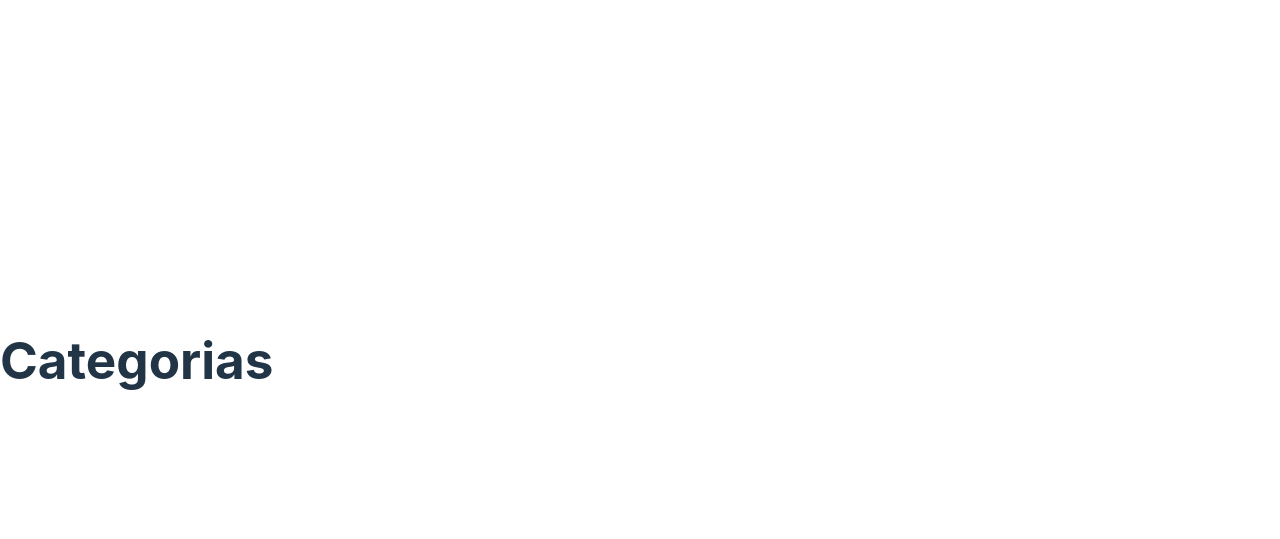
Repository: james-freitas/angelstore-inventory-react-vite
Page: /
An editor plug-in stored every save of this project. The page is shown before and after the next save, followed by the edit.
The browser window is 1280 px wide. The pictures show the whole page.
The project was rebuilt for these pictures with package versions that can differ from the ones it lists, and the page was loaded fresh each time. Also part of the build but not shown: vite.config.ts, src/App.css.

Above is the page before, as saved 2024-01-13 18:44:42.

### src/App.tsx
import './App.css'

function App() {
  return (
    <div className="container">
      <h1>Categorias</h1>
      <div className="card">
        <div className="card-body">

        </div>
      </div>
    </div>
  )
}

export default App

Loaded but not shown: index.html (common file); src/main.tsx (common file); src/index.css (common file)

After the next save:
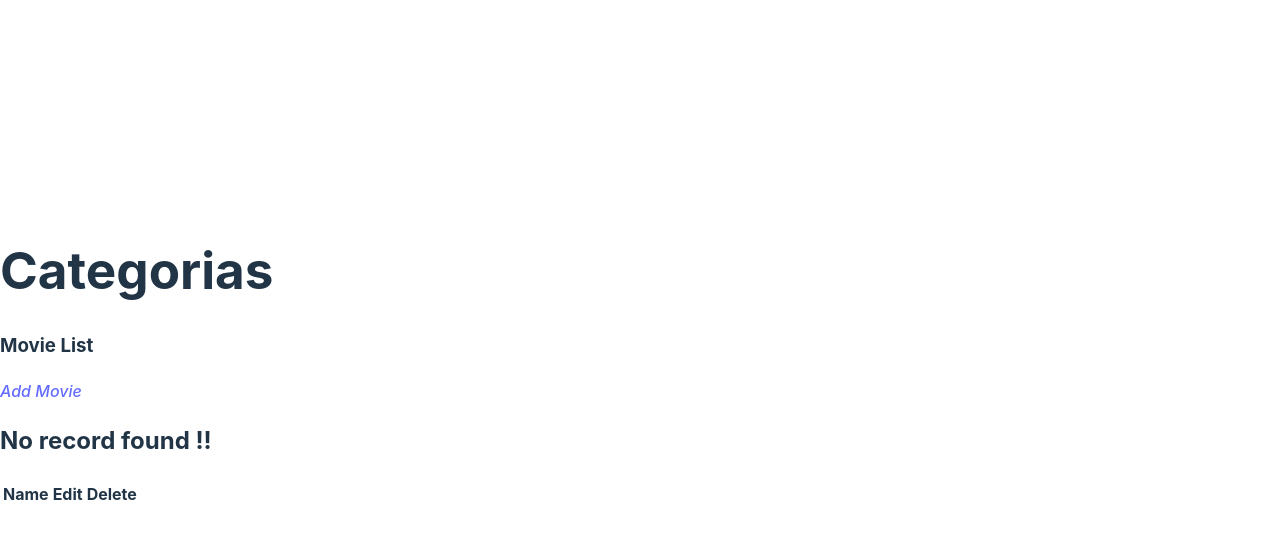
Saved 45 s later.
--- a/src/App.tsx
+++ b/src/App.tsx
@@ -4,11 +4,46 @@ function App() {
   return (
     <div className="container">
       <h1>Categorias</h1>
-      <div className="card">
-        <div className="card-body">
-
+      <div class="container my-2">
+    <h3>Movie List</h3>
+    <div class="card">
+        <div class="card-body">
+            <div th:switch="${movies}" class="container my-5">
+                <p class="my-5">
+                    <a href="/add" class="btn btn-success">
+                        <i class="fas fa-plus ml-2"> Add Movie </i></a>
+                </p>
+                <div class="col-md-10">
+                    <h2 th:case="null">No record found !!</h2>
+                    <div th:case="*">
+                        <table class="table table-striped table-responsive-md">
+                            <thead>
+                            <tr>
+                                <th>Name</th>
+                                <th>Edit</th>
+                                <th>Delete</th>
+                            </tr>
+                            </thead>
+                            <tbody>
+                            <tr th:each="movie : ${movies}">
+                                <td th:text="${movie.name}"></td>
+                                <td><a th:href="@{/edit/{id}(id=${movie.id})}"
+                                       class="btn btn-warning"> <i
+                                        class="fas fa-edit ml-2"></i>
+                                </a></td>
+                                <td><a th:href="@{/delete/{id}(id=${movie.id})}"
+                                       class="btn btn-danger"> <i
+                                        class="fas fa-times ml-2"></i>
+                                </a></td>
+                            </tr>
+                            </tbody>
+                        </table>
+                    </div>
+                </div>
+            </div>
         </div>
-      </div>
+    </div>
+</div>
     </div>
   )
 }
